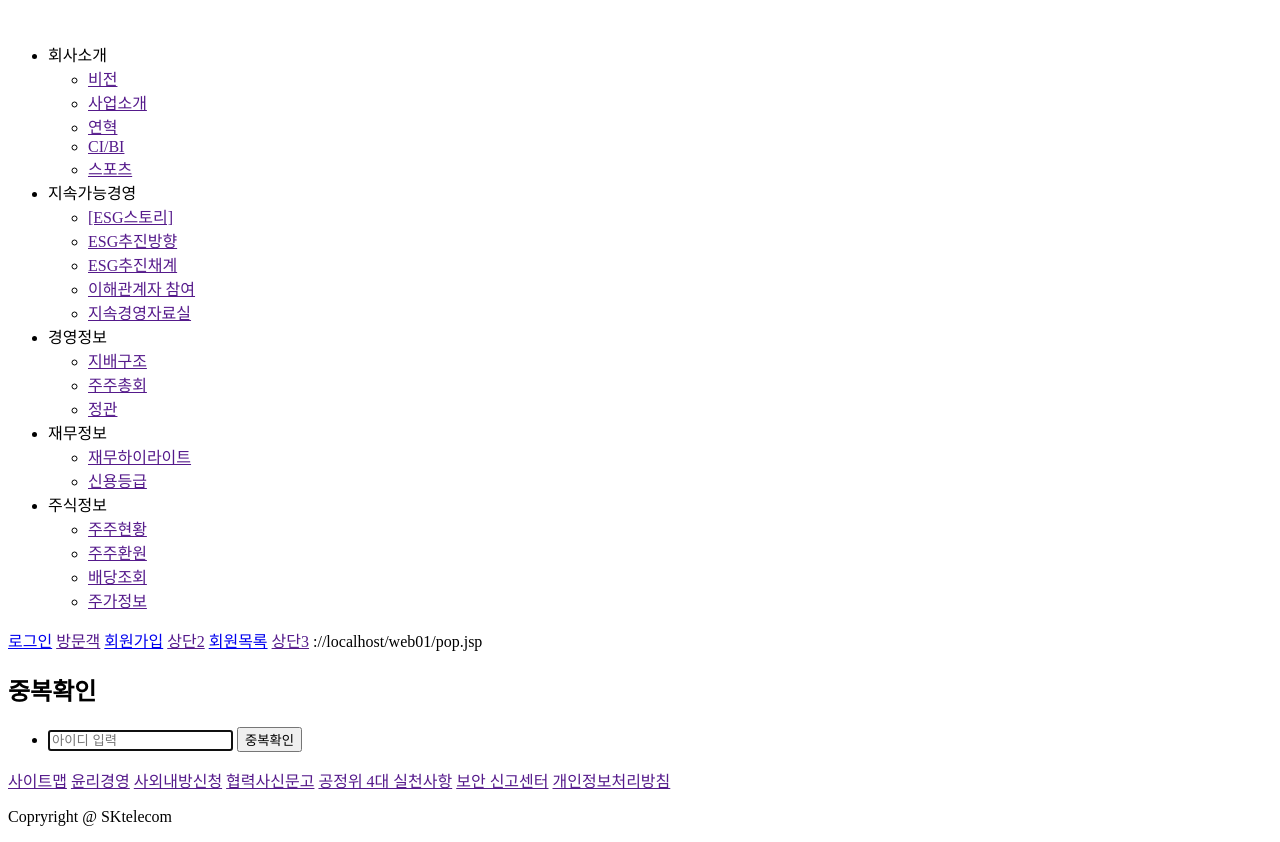
Repository: star-min/jsp_basic
Page: http://localhost/web01/pop.jsp
An editor plug-in stored every save of this project. The page is shown before and after the next save, followed by the edit.
The browser window is 1280 px wide. The pictures show the whole page.
The page is served by Tomcat 9. Queries for data that is not in the repository find no rows.

Above is the page before, as saved 2022-04-27 05:09:37.

After the next save:
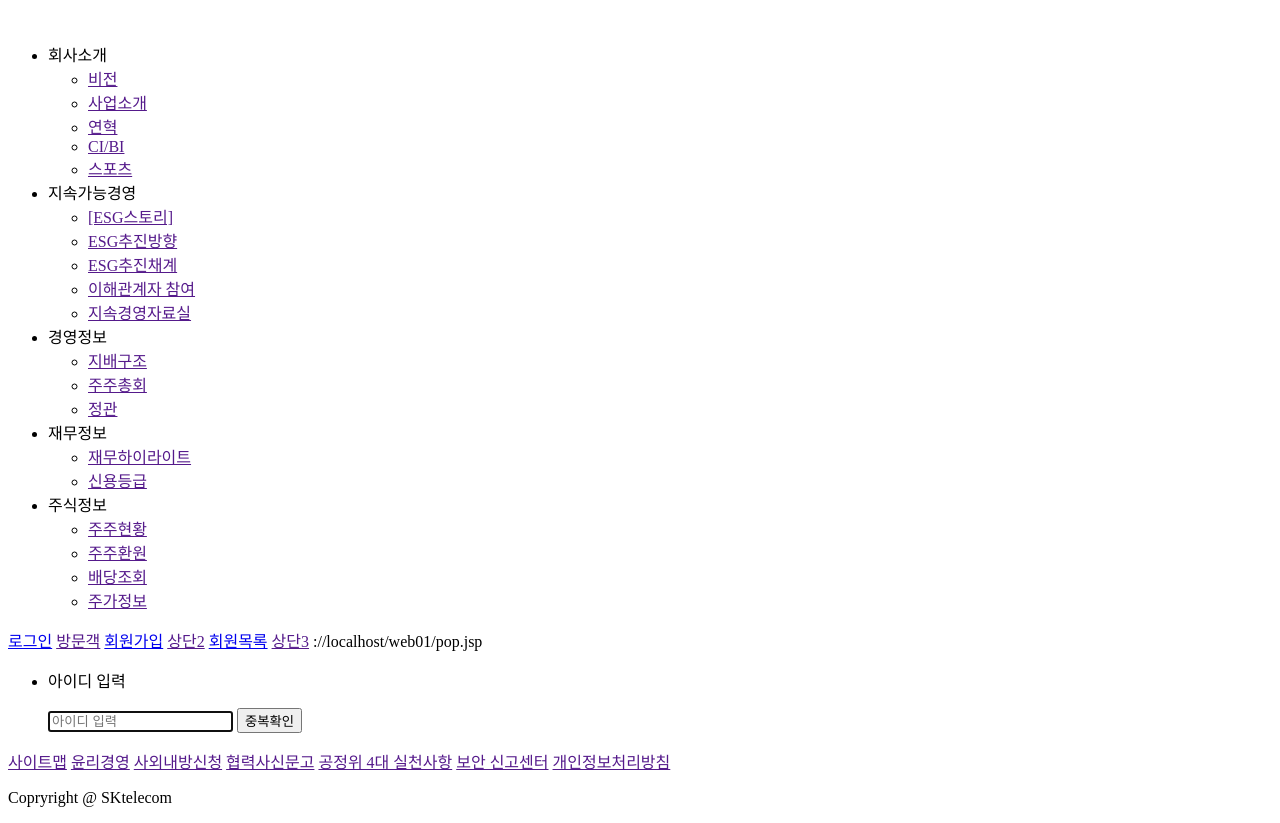
Saved 27 s later.
--- a/jsp1/web01/src/main/webapp/pop.jsp
+++ b/jsp1/web01/src/main/webapp/pop.jsp
@@ -14,10 +14,10 @@
 		<%@ include file="nav.jsp" %>
 	</div>
 </header>
-<h2>중복확인</h2>
 	<nav>
 		<ul>
 			<li>
+			<p>아이디 입력</p>
 			<input type="text" class="indata" id="uid" name="uid" placeholder="아이디 입력" required autofocus>
 			<input type="button" id="popopen" value="중복확인"	>
 			</li>
